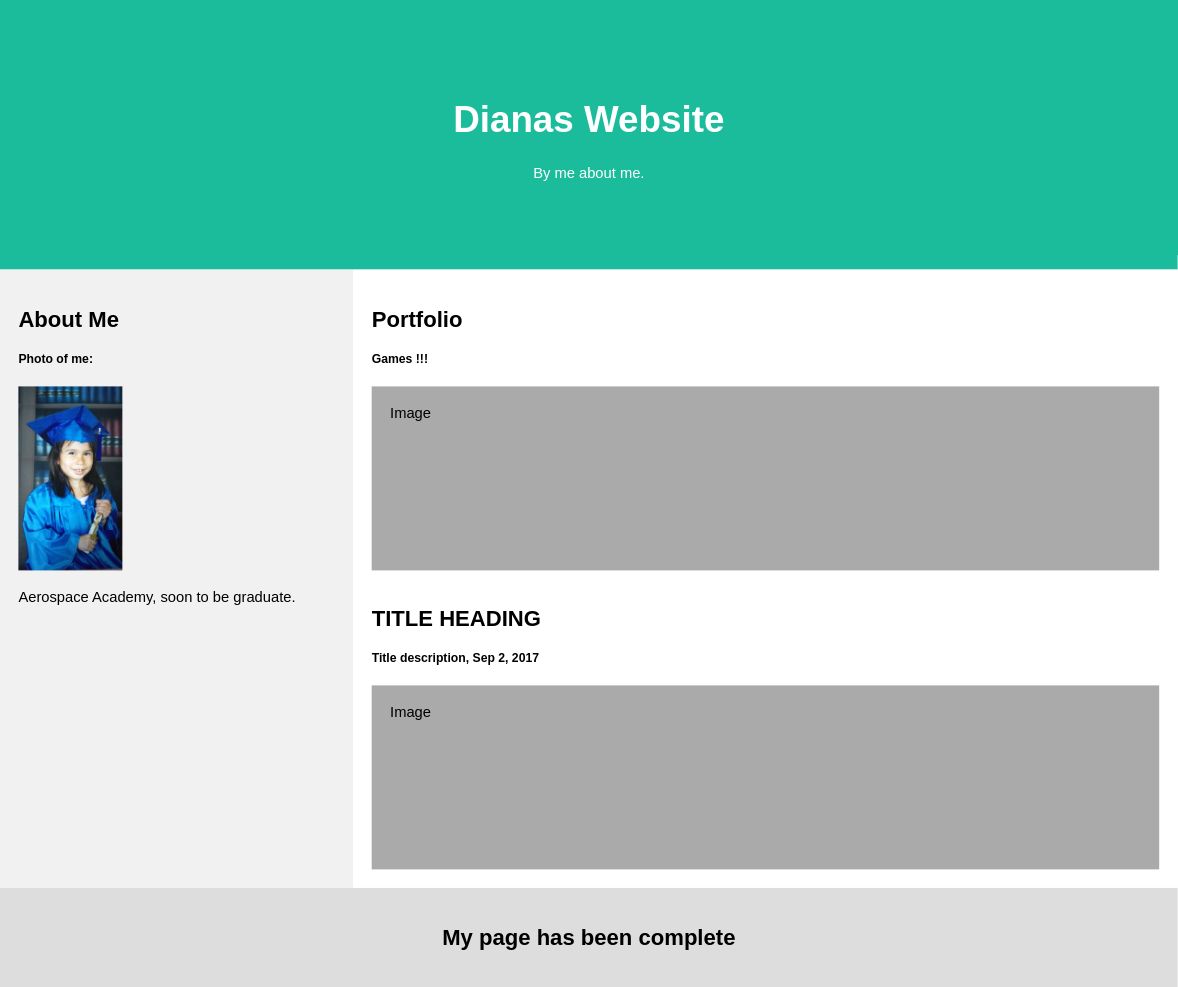
Repository: Divnx2/divnx2.github.io
Page: my_website/project.html
The author's editor kept a record of every edit. The page is drawn from the files as they stood at one moment, then again after the next edit.
The browser window is 1280 px wide. The pictures show the whole page, at 92% of full size.

Above is the page before.

### my_website/project.html
<!DOCTYPE html>
<html lang="en">
<head>
<title>Page Title</title>
<meta charset="UTF-8">
<meta name="viewport" content="width=device-width, initial-scale=1">
<style>
* {
  box-sizing: border-box;
}

/* Style the body */
body {
  font-family: Arial, Helvetica, sans-serif;
  margin: 0;
}

/* Header/logo Title */
.header {
  padding: 80px;
  text-align: center;
  background: #1abc9c;
  color: white;
}

/* Increase the font size of the heading */
.header h1 {
  font-size: 40px;
}

/* Style the top navigation bar */
.navbar {
  overflow: hidden;
  background-color: #333;
}

/* Style the navigation bar links */
.navbar a {
  float: left;
  display: block;
  color: white;
  text-align: center;
  padding: 14px 20px;
  text-decoration: none;
}

/* Right-aligned link */
.navbar a.right {
  float: right;
}

/* Change color on hover */
.navbar a:hover {
  background-color: #ddd;
  color: black;
}

/* Column container */
.row {
  display: -ms-flexbox; /* IE10 */
  display: flex;
  -ms-flex-wrap: wrap; /* IE10 */
  flex-wrap: wrap;
}

/* Create two unequal columns that sits next to each other */
/* Sidebar/left column */
.side {
  -ms-flex: 30%; /* IE10 */
  flex: 30%;
  background-color: #f1f1f1;
  padding: 20px;
}

/* Main column */
.main {
  -ms-flex: 70%; /* IE10 */
  flex: 70%;
  background-color: white;
  padding: 20px;
}

/* Fake image, just for this example */
.fakeimg {
  background-color: #aaa;
  width: 100%;
  padding: 20px;
}

/* Footer */
.footer {
  padding: 20px;
  text-align: center;
  background: #ddd;
}

/* Responsive layout - when the screen is less than 700px wide, make the two columns stack on top of each other instead of next to each other */
@media screen and (max-width: 700px) {
  .row {
    flex-direction: column;
  }
}

/* Responsive layout - when the screen is less than 400px wide, make the navigation links stack on top of each other instead of next to each other */
@media screen and (max-width: 400px) {
  .navbar a {
    float: none;
    width: 100%;
  }
}
</style>
</head>
<body>

<div class="header">
  <h1>Dianas Website</h1>
  <p>By me about me.</p>
</div>

<div class="navbar">
</div>

<div class="row">
  <div class="side">
    <h2>About Me</h2>
    <h5>Photo of me:</h5>
    <img src="images/smallme.jpg" height="200">
    <p>Aerospace Academy, soon to be graduate.</p>
  </div>
  <div class="main">
    <h2>Portfolio</h2>
    <h5>Games !!!</h5>
    <div class="fakeimg" style="height:200px;">Image</div>
    <br>
    <h2>TITLE HEADING</h2>
    <h5>Title description, Sep 2, 2017</h5>
    <div class="fakeimg" style="height:200px;">Image</div>
  </div>
</div>

<div class="footer">
  <h2>My page has been complete</h2>
</div>

</body>
</html>

After the next edit:
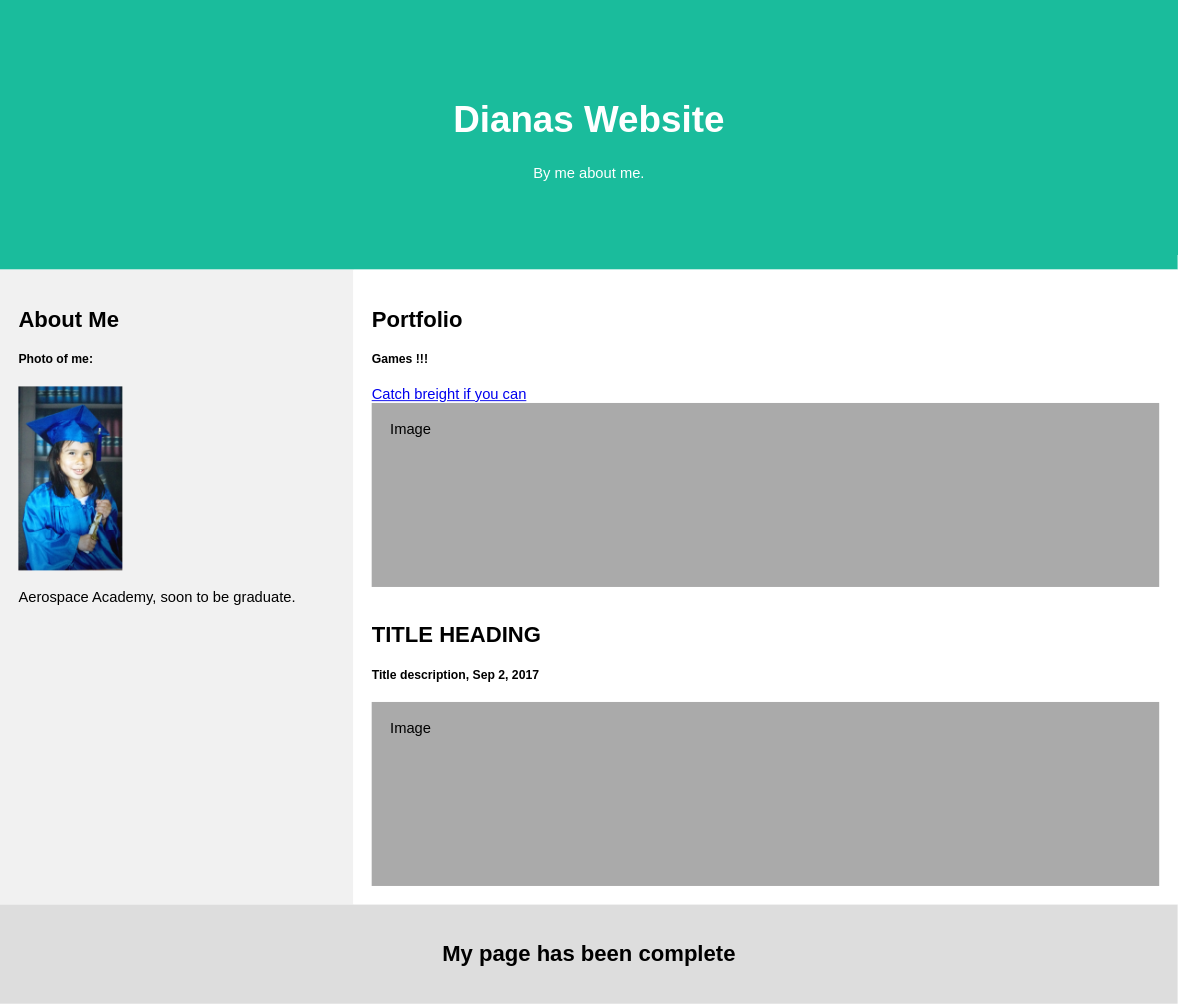
The edit:
--- a/my_website/project.html
+++ b/my_website/project.html
@@ -130,6 +130,7 @@
   <div class="main">
     <h2>Portfolio</h2>
     <h5>Games !!!</h5>
+     <a href="https://scratch.mit.edu/projects/327864544/">Catch breight if you can</a>
     <div class="fakeimg" style="height:200px;">Image</div>
     <br>
     <h2>TITLE HEADING</h2>
